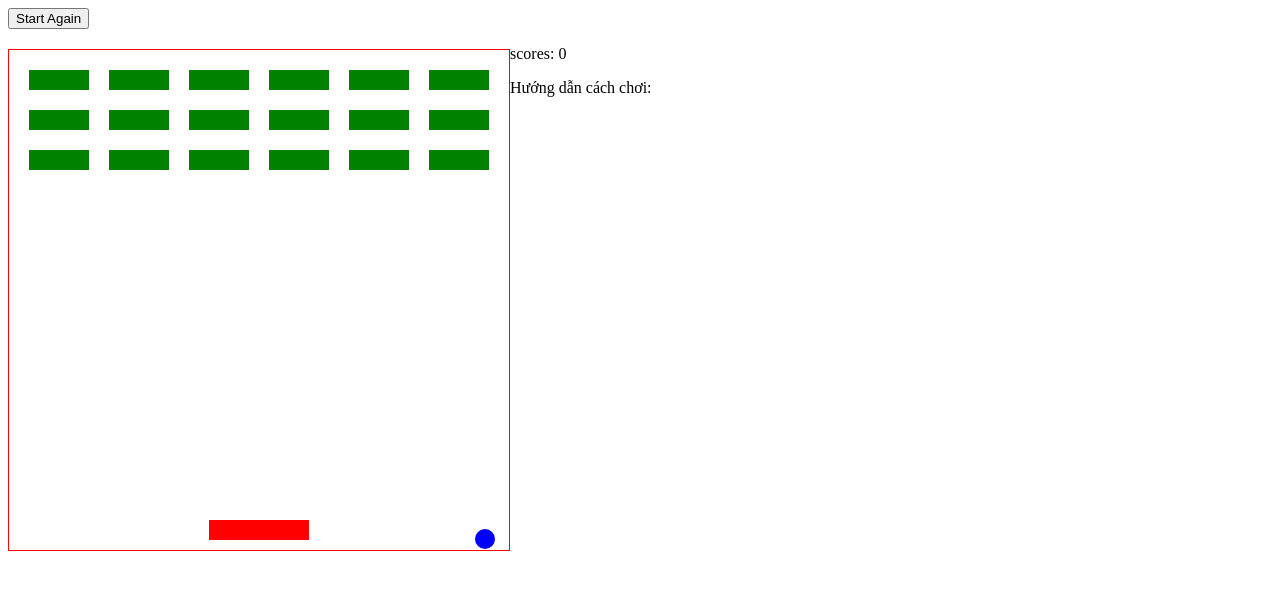
Repository: huynhsang96/CaseJS
Page: Demo_case/index.html
These files come from the project's save history. The page is drawn as it stood at one moment and after the next save; the edit follows.
The browser window is 1280 px wide. The pictures show the whole page.

Above is the page before, as saved 2022-02-20 14:32:47.

### Demo_case/index.html
<!DOCTYPE html>
<html lang="en">
<head>
    <meta charset="UTF-8">
    <meta http-equiv="X-UA-Compatible" content="IE=edge">
    <meta name="viewport" content="width=device-width, initial-scale=1.0">
    <title>Document</title>
    <style>

        canvas{
            margin-top: 20px;

        }

        .container{
            display: flex;
        }
    </style>
</head>
<body>
    <div class="btn">
        <button class="btn-start">Start Again</button>
    </div>
    <div class="container">
        <div class="container-canvas">
            <canvas id="myCanvas" width="500" height="500" style="border:1px solid red;">
        </div>
        <div class="container-des">
            <p>scores: <span class="scores">0</span></p>
            <p>Hướng dẫn cách chơi:</p>
        </div>
    </div>


    <script src="./ball.js"></script>
    <script src="./bar.js"></script>
    <script src="./brick.js"></script>
    <script src="./main.js"></script>

    <script>

    </script>
</body>
</html>

### Demo_case/ball.js
class Ball{
    constructor(x, y, radius, color){
        this.x = x;
        this.y = y;
        this.radius = radius;
        this.color = color;
        this.speedX = 2;
        this.speedY = 3;
        this.canvas = document.getElementById("myCanvas");
        this.ctx = this.canvas.getContext('2d');
        this.isGameOver = false;
    }

    draw(){
        this.ctx.beginPath();
        this.ctx.arc(this.x, this.y, this.radius, 0, Math.PI * 2);
        this.ctx.fillStyle = this.color;
        this.ctx.fill();
        this.ctx.closePath();
    }

    updateBall(){
        this.x += this.speedX;
        this.y += this.speedY;
    }

    ballColiision(){
        if(this.x + this.radius > this.canvas.width || this.x < this.radius){
            this.speedX = -this.speedX;
        }
        if(this.y < this.radius){
            this.speedY = -this.speedY
        }
    }

    checkGame(){
        if(this.y + this.radius > this.canvas.height){
            this.isGameOver = true;
        }
    }

    move(){
        this.ctx.clearRect(0,0,this.canvas.width,this.canvas.height); // xóa canvas
        this.draw();
    }
}

### Demo_case/bar.js
class Bar{
    constructor(width, height, color){
        this.width = width;
        this.height = height;
        this.x = 200;
        this.y = 470;
        this.color = color;
        this.speed = 5;
        this.isMovingLeft = false;
        this.isMovingRight = false;
        this.canvas = document.getElementById("myCanvas");
        this.ctx = this.canvas.getContext('2d');
    }

    drawBar(){
        this.ctx.beginPath();
        this.ctx.rect(this.x, this.y, this.width, this.height);
        this.ctx.fillStyle = this.color;
        this.ctx.fill();
        this.ctx.closePath();
    }


    moveBar(){
        if(this.isMovingLeft && this.x > 0){
            this.x -= this.speed;
        }
        if(this.isMovingRight && this.x < this.canvas.width - this.width){
                this.x += this.speed;
            }
        }
}

### Demo_case/brick.js
class  Brick{
    constructor(){
        this.offsetX = 20;
        this.offsetY = 20;
        this.margin = 20;
        this.width = 60;
        this.height = 20;
        this.totalRow = 3;
        this.totalColum = 6;
        this.brickList = []
        this.isEndGame = false;
        this.canvas = document.getElementById("myCanvas");
        this.ctx = this.canvas.getContext('2d');
    }


    drawBrick(){
        this.brickList.forEach(element => {
            if(!element.isbroken){
                this.ctx.beginPath();
                this.ctx.rect(
                    element.x,
                    element.y,
                    this.width,
                    this.height,
                );
                this.ctx.fillStyle = "green";
                this.ctx.fill();
                this.ctx.closePath();
            }
        })
    }

    checkEndGame(){
        this.isEndGame = this.brickList.every(element =>{
            return element.isbroken == true;
        })
    }
}

### Demo_case/main.js
let ball = new Ball(250,150,10,"blue");
let bar = new Bar(100,20,"red");
let bricks = new Brick();


// --------------------------Event Keyboard---------------------

document.addEventListener("keydown",function(e){
    if(e.keyCode === 37){
        bar.isMovingLeft = true;
    }
    if(e.keyCode === 39){
        bar.isMovingRight = true;
    }
})


document.addEventListener("keyup",function(e){
    if(e.keyCode === 37){
        bar.isMovingLeft = false;
    }
    if(e.keyCode === 39){
        bar.isMovingRight = false;
    }
})

// ----------------------------Bar----------------------------

function barCollision(){
    if(ball.x + ball.radius >= bar.x &&
        ball.y + ball.radius >= bar.y &&
        ball.x + ball.radius <= bar.x + bar.width){

        ball.speedY = -ball.speedY;
    }
}

// ----------------------------Bricks------------------------

// Tạo danh sách Bricks
for(let i = 0; i < bricks.totalColum; i++){
    for(let j = 0; j < bricks.totalRow; j++){
        bricks.brickList.push({
            x: bricks.offsetX + i * (bricks.width + bricks.margin),
            y: bricks.offsetY + j * (bricks.height + bricks.margin),
            isbroken: false,
        })
    }
}

// xử lý va chạm
let score = 0;
let scoreball = document.querySelector(".scores");
function BricksCollision(){
    bricks.brickList.forEach(function(element){
        if(!element.isbroken){
            if(ball.x >= element.x &&
                ball.x <= element.x + bricks.width &&
                ball.y + ball.radius >= element.y &&
                ball.y - ball.radius <= element.y + bricks.height){
                ball.speedY = -ball.speedY;
                element.isbroken = true;
                score += 1;
                scoreball.textContent = `${score}`;
            }
        }
    })
}

function play(){
    ball.checkGame();
    bricks.checkEndGame();

    if(!ball.isGameOver && !bricks.isEndGame){
        ball.move();
        ball.updateBall();
        ball.ballColiision();

        bar.drawBar();
        bar.moveBar();
        barCollision();

        bricks.drawBrick();
        BricksCollision();

        requestAnimationFrame(play); // Giống đệ quy
    }else{
        alert("End Game!");
    }
}

play()

After the next save:
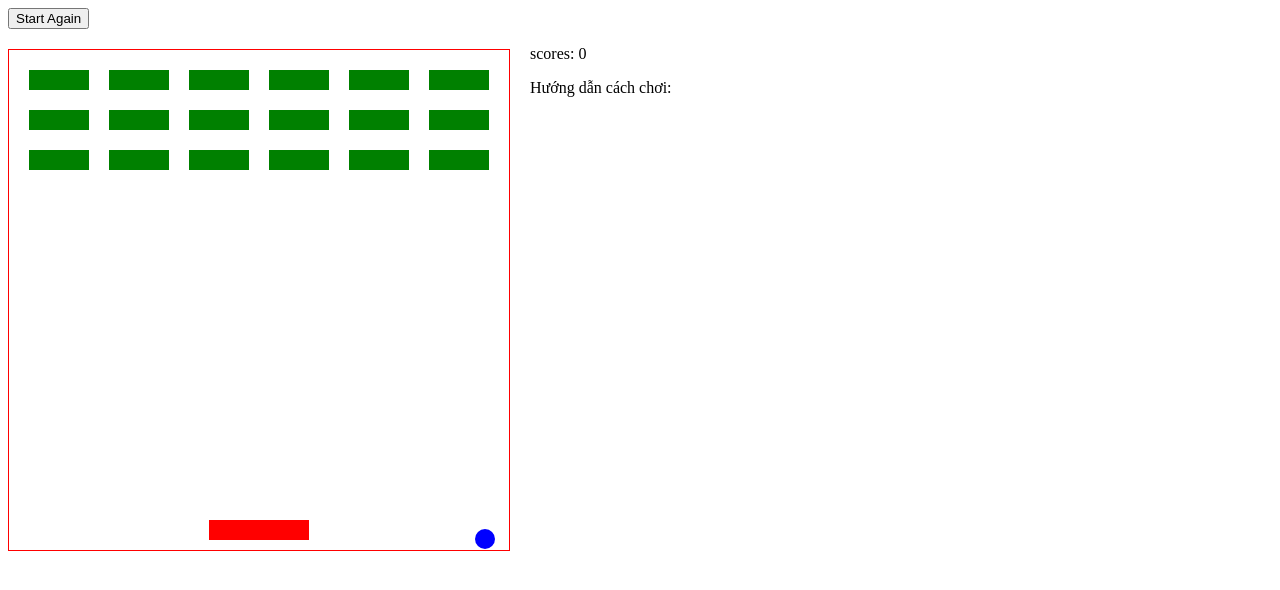
Saved 19 s later.
--- a/Demo_case/index.html
+++ b/Demo_case/index.html
@@ -14,6 +14,10 @@
 
         .container{
             display: flex;
+        }
+
+        .container-des{
+            margin-left: 20px;
         }
     </style>
 </head>
